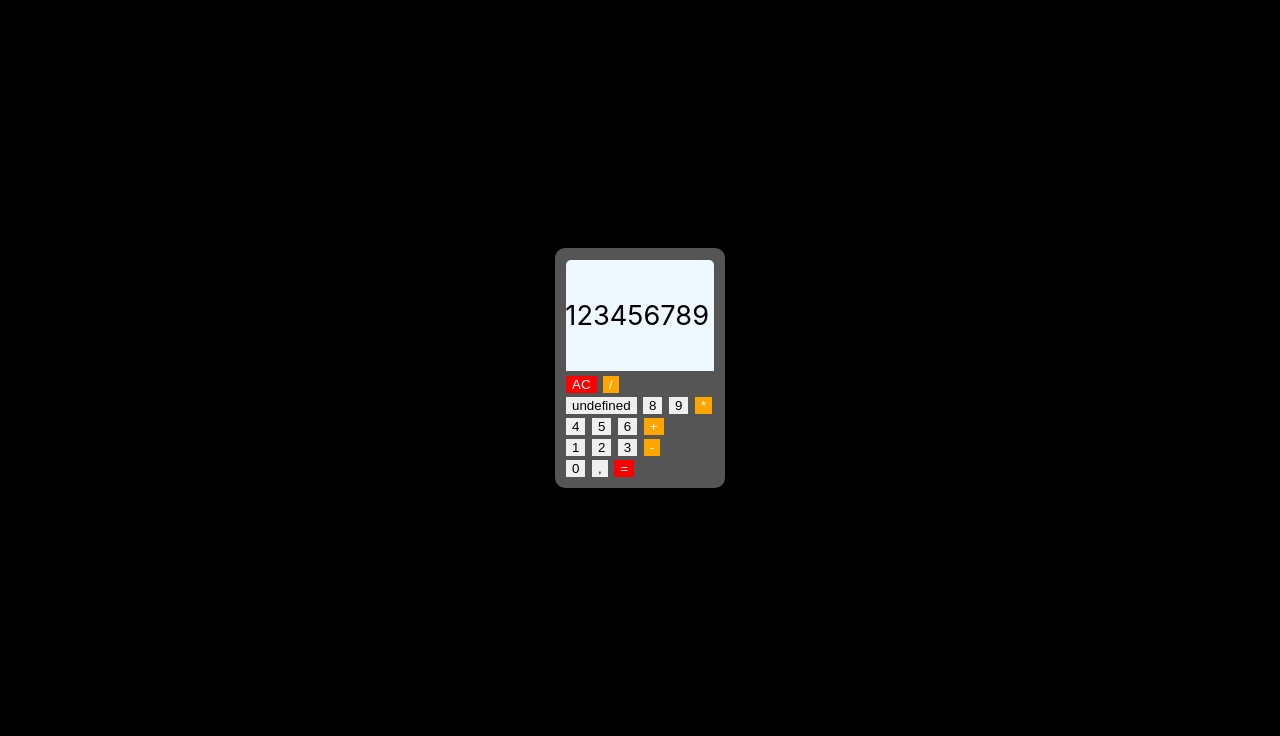
Repository: andersonxoliveira/Aplicacao_Calculadora
Page: /
The author's editor kept a copy of each file at every save. The page is drawn from the files as they stood at one save, then again after the next save.
The browser window is 1280 px wide. The pictures show the whole page.
The project was rebuilt for these pictures with package versions that can differ from the ones it lists, and the page was loaded fresh each time. Also part of the build but not shown: svelte.config.js, vite.config.ts.

Above is the page before, as saved 2022-06-26 18:35:03.

### src/App.svelte
<script lang="ts">
import Calculadora from "./components/Calculadora.svelte";


</script>

<main>
        <Calculadora />
</main>

<style>
:global(body) {
  background-color: black;
}

  :root {
    --cor-fundo: #555 ;
    font-family: -apple-system, BlinkMacSystemFont, 'Segoe UI', Roboto, Oxygen,
      Ubuntu, Cantarell, 'Open Sans', 'Helvetica Neue', sans-serif;
  }

  main {
   display: flex;
   justify-content: center;
   align-items: center;
   height:  100vh;
  }

</style>

### src/components/Calculadora.svelte
<script lang="ts">
import Botao from "./Botao.svelte";
import Display from "./Display.svelte";
import Linha from "./Linha.svelte";

</script>
<div class="calculadora">
 <Display valor="0123456789"/>
  <Linha >
    <Botao destaque triplo texto="AC"/>
    <Botao operacao texto="/"/>
</Linha>
  <Linha >
             <Botao botao="7"/>
             <Botao texto="8"/>
              <Botao texto="9"/>
              <Botao operacao texto="*"/>
      </Linha>
      <Linha >
        <Botao texto="4"/>
        <Botao texto="5"/>
         <Botao texto="6"/>
         <Botao operacao texto="+"/>
 </Linha>
 <Linha >
  <Botao texto="1"/>
  <Botao texto="2"/>
   <Botao texto="3"/>
   <Botao operacao texto="-"/>
</Linha>
<Linha >
  <Botao duplo texto="0"/>
  <Botao texto=","/>
   <Botao destaque texto="="/>
  </Linha>
</div>

<style>
      .calculadora {
        background-color: var(--cor-fundo);
        height:  220px;
        width:  150px;
        padding:  10px;
        border-radius:  10px;

        display: flex;
        flex-direction:  column;
      }
</style>

### src/components/Botao.svelte
<script lang="ts">
      export let texto: string
      export let triplo: boolean = false
      export let duplo: boolean = false
      export let operacao: boolean = false
      export let destaque: boolean = false
</script>

<button class= "botao"
class:triplo class:duplo class:operacao class:destaque>
{texto}
</button>

<style>
        .botao {
            margin:  0;
            border:  1px solid var(--cor-fundo);
              flex-basis:  25%;
        }

          .triplo {
            flex-basis:  75%;
          }

          .duplo {
            flex-basis:  50%;
          }

          .operacao {
           background-color: orange;
           color: white;
          }

          .destaque {
            background-color: red;
            color: white;
          }
</style>

### src/components/Display.svelte
<script lang="ts">
      export let valor: string

      $: tamanhoFonte = valor.length > 20 ? 'pequena' : `s-${valor}`
</script>

<div class={`tela ${tamanhoFonte}`}>
        <span>{valor}</span>
</div>

<style>
  .tela {
    display: flex;
    flex: 1;
    justify-content: flex-end;
    align-items: center;
    padding: 0px 5px;
    font-size: 1.7rem;
    background-color: aliceblue;
    overflow: hidden;
    margin: 2px 1px;
    border-top-right-radius: 5px;
    border-top-left-radius: 5px;
  }

  .s-10 { font-size: 1.4rem;}
  </style>

### src/components/Linha.svelte
<div class="linha">
        <slot />
</div>

<style>
      .linha {
        display: felx;
      }
</style>

Loaded but not shown: index.html (common file); src/main.ts (common file)

After the next save:
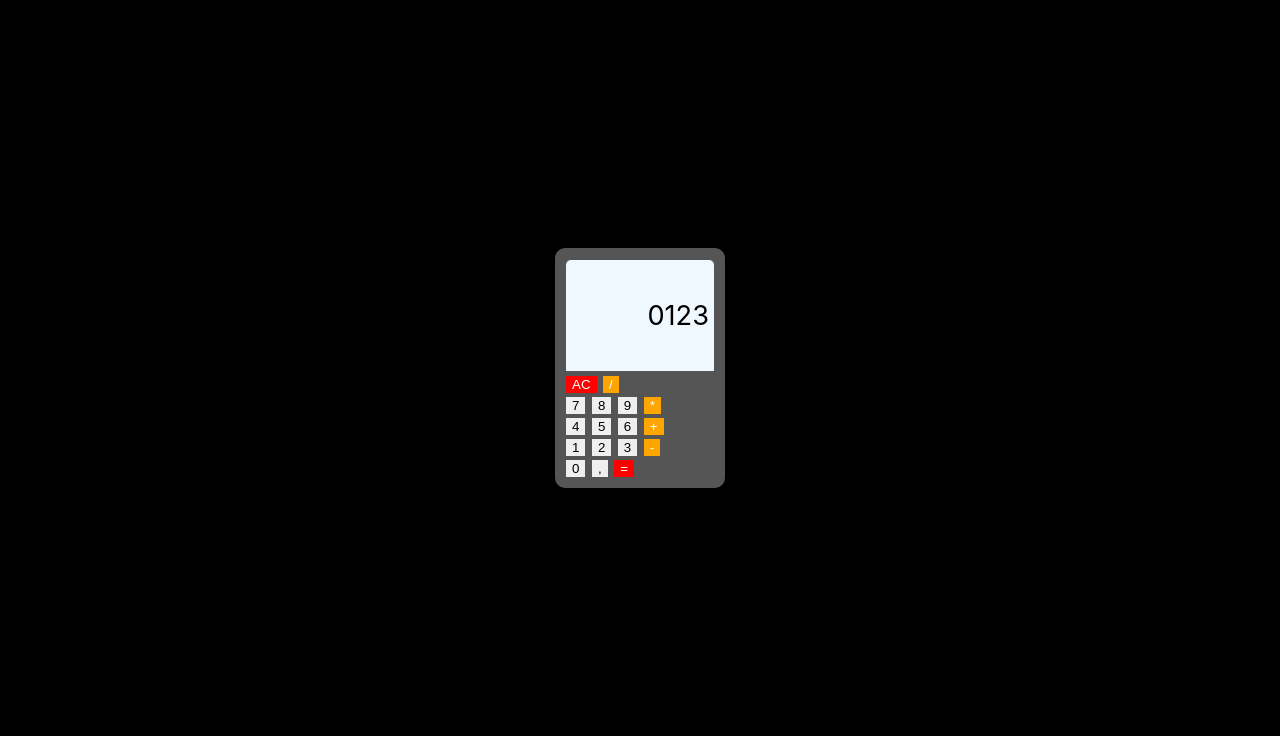
Saved 3 s later.
--- a/src/components/Calculadora.svelte
+++ b/src/components/Calculadora.svelte
@@ -5,13 +5,13 @@ import Linha from "./Linha.svelte";
 
 </script>
 <div class="calculadora">
- <Display valor="0123456789"/>
+ <Display valor="0123"/>
   <Linha >
     <Botao destaque triplo texto="AC"/>
     <Botao operacao texto="/"/>
 </Linha>
   <Linha >
-             <Botao botao="7"/>
+             <Botao texto="7"/>
              <Botao texto="8"/>
               <Botao texto="9"/>
               <Botao operacao texto="*"/>
